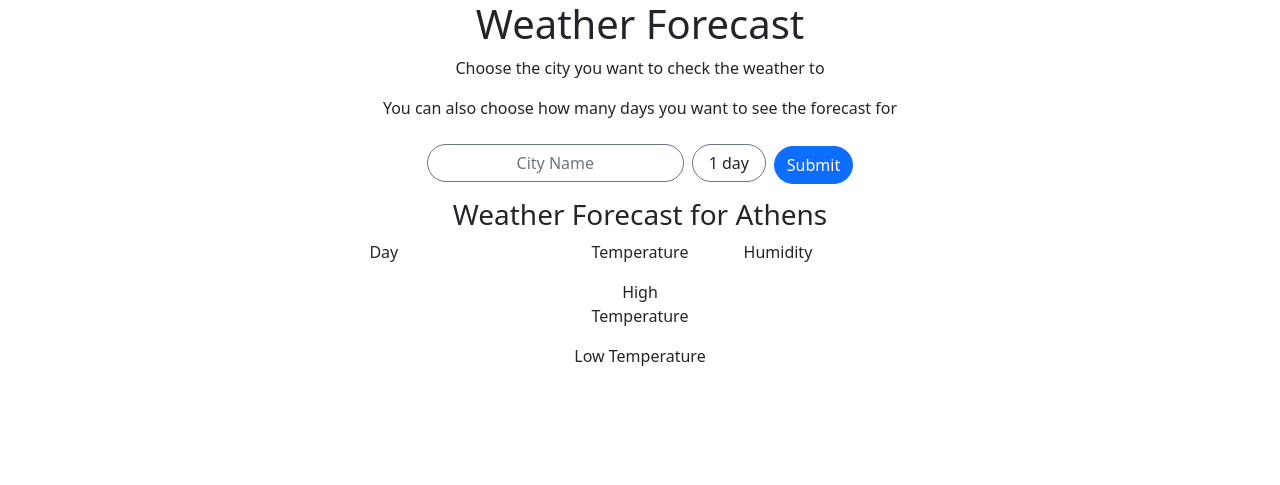
Repository: DimitrisDoxopoulos/my-own-weather-app
Page: /
The author's editor kept a copy of each file at every save. The page is drawn from the files as they stood at one save, then again after the next save.
The browser window is 1280 px wide. The pictures show the whole page.
The project was rebuilt for these pictures with package versions that can differ from the ones it lists, and the page was loaded fresh each time.

Above is the page before, as saved 2021-06-03 19:07:03.

### src/App.js
import './App.css';

/*--------------- Importing Components ------------------- */
import Wrapper from './components/Wrapper'
import Header from './components/Header'
import Tagline from './components/Tagline'
import Form from './components/Form'
import WeatherForecast from './components/WeatherForecast';
/*--------------- Importing Components ------------------- */

function App() {
  return (
    <div className="App">
      <Wrapper>
        <Header />
        <Tagline />
        <Form />
        <WeatherForecast />
      </Wrapper>
    </div>
  );
}

export default App;

### src/App.css
.App {
  /* text-align: center; */
}

.App-logo {
  height: 40vmin;
  pointer-events: none;
}

.App-header {
  background-color: #282c34;
  min-height: 100vh;
  display: flex;
  flex-direction: column;
  align-items: center;
  justify-content: center;
  font-size: calc(10px + 2vmin);
  color: white;
}

.App-link {
  color: #61dafb;
}

### src/components/Wrapper.js
import React from 'react';

const Wrapper = (props) => {
    return(
    <div className='container d-flex flex-column justify-content-center align-items-center'>
        { props.children }
    </div>
    )
}

export default Wrapper;

### src/components/Header.js
import React from 'react'

const Header = () => {
    return (
        <div className="">
            <h1 className="">Weather Forecast</h1>
        </div>
    )
}

export default Header

### src/components/Tagline.js
import React from 'react'

const Tagline = () => {
    return (
        <div className="text-center">
            <p>Choose the city you want to check the weather to</p>
            <p>You can also choose how many days you want to see the forecast for</p>
        </div>
    )
}

export default Tagline

### src/components/Form.js
import React from 'react'

const Form = () => {
    return (
        <div>
            <form className="d-flex align-items-center">
                <div className="form-group">
                    <input type="text" className="form-control border-secondary rounded-pill text-center" id="exampleFormControlInput1" placeholder="City Name" />
                </div>
                <div className="form-group d-flex p-2">
                    <select className="form-control border-secondary rounded-pill text-center" id="exampleFormControlSelect1" placeholder="How many days?">
                        <option value="1">1 day</option>
                        <option value="2">2 days</option>
                        <option value="3">3 days</option>
                        <option value="4">4 days</option>
                        <option value="5">5 days</option>
                    </select>
                </div>
                <input className="btn btn-primary mt-1 rounded-pill" type="submit" value="Submit" />
            </form>
        </div>
    )
}

export default Form

### src/components/WeatherForecast.js
import React from 'react'

const WeatherForecast = () => {
    return (
        <div className="text-center p-2">
            <h3 className="h-3">Weather Forecast for Athens</h3>
            <div className="container">
                <div className="row">
                    <div className="col">
                        <p>Day</p>
                    </div>
                    <div className="col">
                        <image src="" alt='weather icon' />
                    </div>
                    <div className="col-3">
                        <div className="row">
                            <div className="col">
                                <p>Temperature</p>
                            </div>
                            <div className="col">
                                <p>High Temperature</p>
                            </div>
                            <div className="col">
                                <p>Low Temperature</p>
                            </div>
                        </div>
                    </div>
                    <div className="col">
                        <p>Humidity</p>
                    </div>
                    <div className="col">
                        <p></p>
                    </div>
                </div>
            </div>

        </div>
    )
}

export default WeatherForecast

Loaded but not shown: public/index.html (common file); src/index.js (common file); src/index.css (common file); src/reportWebVitals.js (common file)

After the next save:
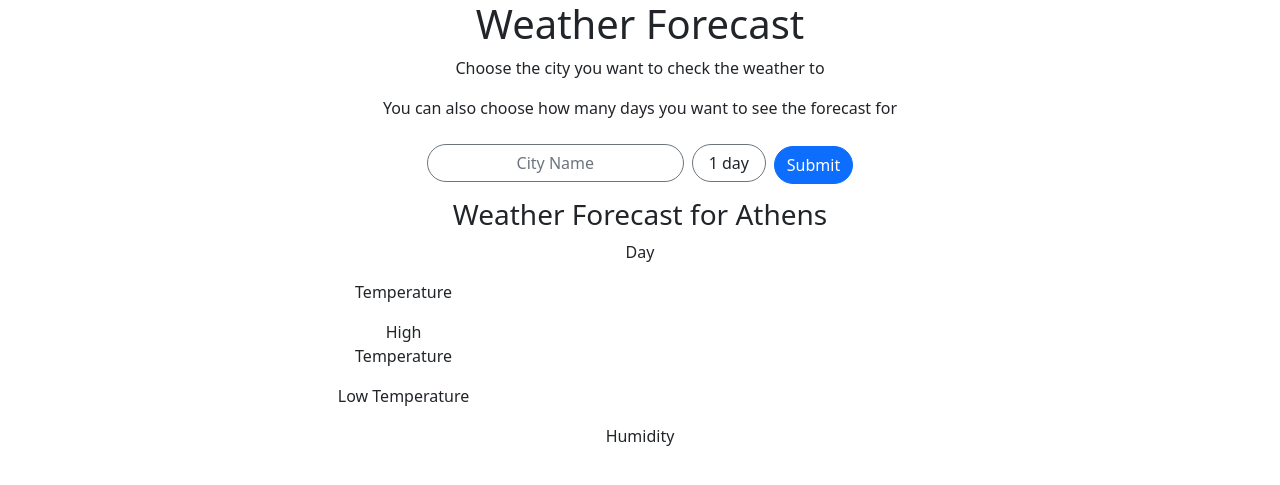
Saved 25 s later.
--- a/src/components/WeatherForecast.js
+++ b/src/components/WeatherForecast.js
@@ -6,29 +6,29 @@
             <h3 className="h-3">Weather Forecast for Athens</h3>
             <div className="container">
                 <div className="row">
-                    <div className="col">
+                    <div className="col-sm-">
                         <p>Day</p>
                     </div>
-                    <div className="col">
+                    <div className="col-sm-">
                         <image src="" alt='weather icon' />
                     </div>
                     <div className="col-3">
                         <div className="row">
-                            <div className="col">
+                            <div className="col-sm-">
                                 <p>Temperature</p>
                             </div>
-                            <div className="col">
+                            <div className="col-sm-">
                                 <p>High Temperature</p>
                             </div>
-                            <div className="col">
+                            <div className="col-sm-">
                                 <p>Low Temperature</p>
                             </div>
                         </div>
                     </div>
-                    <div className="col">
+                    <div className="col-sm-">
                         <p>Humidity</p>
                     </div>
-                    <div className="col">
+                    <div className="col-sm-">
                         <p></p>
                     </div>
                 </div>

After the save that followed:
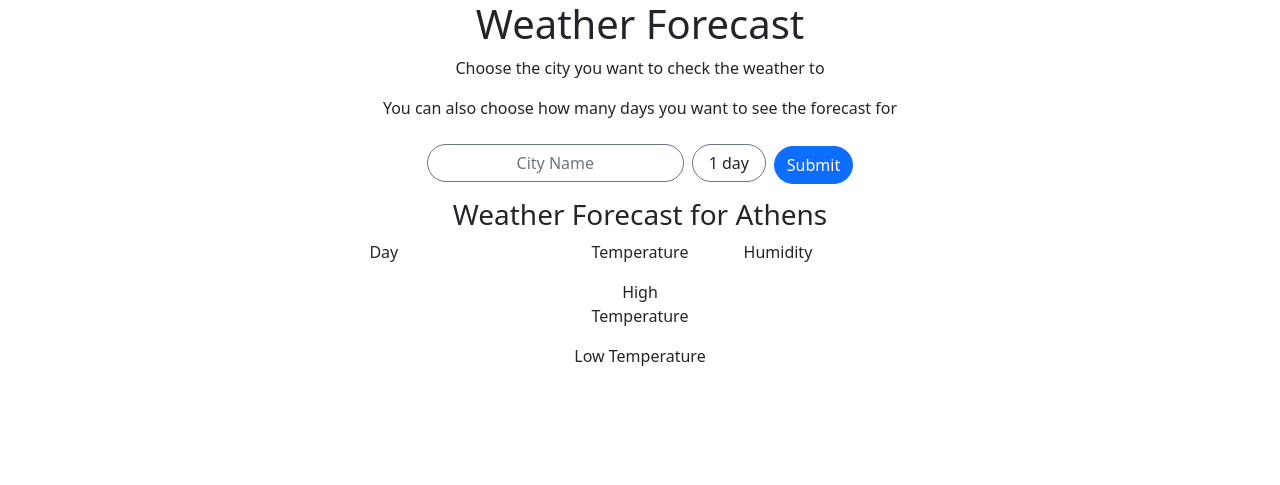
Saved 10 s later.
--- a/src/components/WeatherForecast.js
+++ b/src/components/WeatherForecast.js
@@ -6,29 +6,29 @@
             <h3 className="h-3">Weather Forecast for Athens</h3>
             <div className="container">
                 <div className="row">
-                    <div className="col-sm-">
+                    <div className="col-sm">
                         <p>Day</p>
                     </div>
-                    <div className="col-sm-">
+                    <div className="col-sm">
                         <image src="" alt='weather icon' />
                     </div>
                     <div className="col-3">
                         <div className="row">
-                            <div className="col-sm-">
+                            <div className="col-sm">
                                 <p>Temperature</p>
                             </div>
-                            <div className="col-sm-">
+                            <div className="col-sm">
                                 <p>High Temperature</p>
                             </div>
-                            <div className="col-sm-">
+                            <div className="col-sm">
                                 <p>Low Temperature</p>
                             </div>
                         </div>
                     </div>
-                    <div className="col-sm-">
+                    <div className="col-sm">
                         <p>Humidity</p>
                     </div>
-                    <div className="col-sm-">
+                    <div className="col-sm">
                         <p></p>
                     </div>
                 </div>
